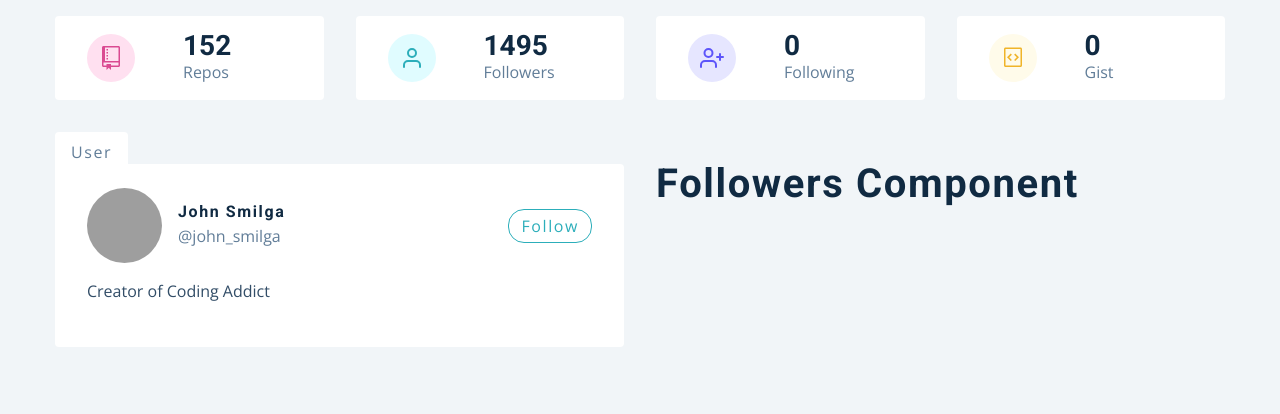
Repository: MateuszWorek/react-search-github-users
Page: /
These files come from the project's save history. The page is drawn as it stood at one moment and after a run of saves; the edit follows.
The browser window is 1280 px wide. The pictures show the whole page.
Pictures or frames that could not be fetched are drawn as grey boxes. The project was rebuilt for these pictures with package versions that can differ from the ones it lists, and the page was loaded fresh each time. Also part of the build but not shown: src/components/Charts/ExampleChart.js, src/components/Charts/Column3D.js, src/components/Charts/Bar3D.js, src/components/Charts/Pie3D.js, src/components/Charts/Doughnut2d.js, src/components/Charts/index.js, src/components/Repos.js, src/components/Search.js and 5 more.

Above is the page before, as saved 2021-01-26 20:08:26.

After the next 3 saves:
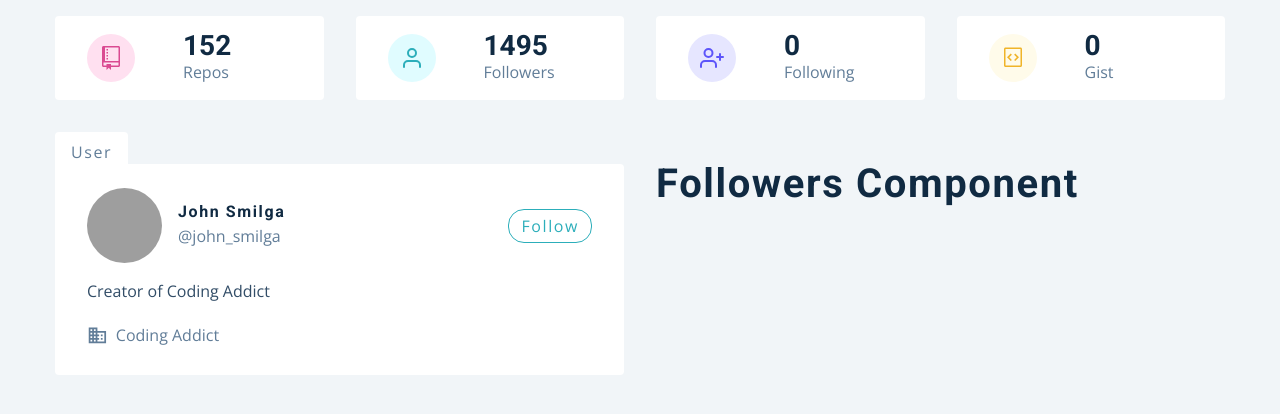
The 3 saves are shown as one change because 2 did not build or start.
The last was saved 2 min 30 s later.
--- a/src/components/Card.js
+++ b/src/components/Card.js
@@ -16,6 +16,9 @@ const Card = () => {
         <a href={ html_url }>follow</a>
       </header>
       <p className="bio">{ bio }</p>
+      <div className="links">
+        <p><MdBusiness></MdBusiness>{ company }</p>
+      </div>
     </Wrapper>
   );
 };
